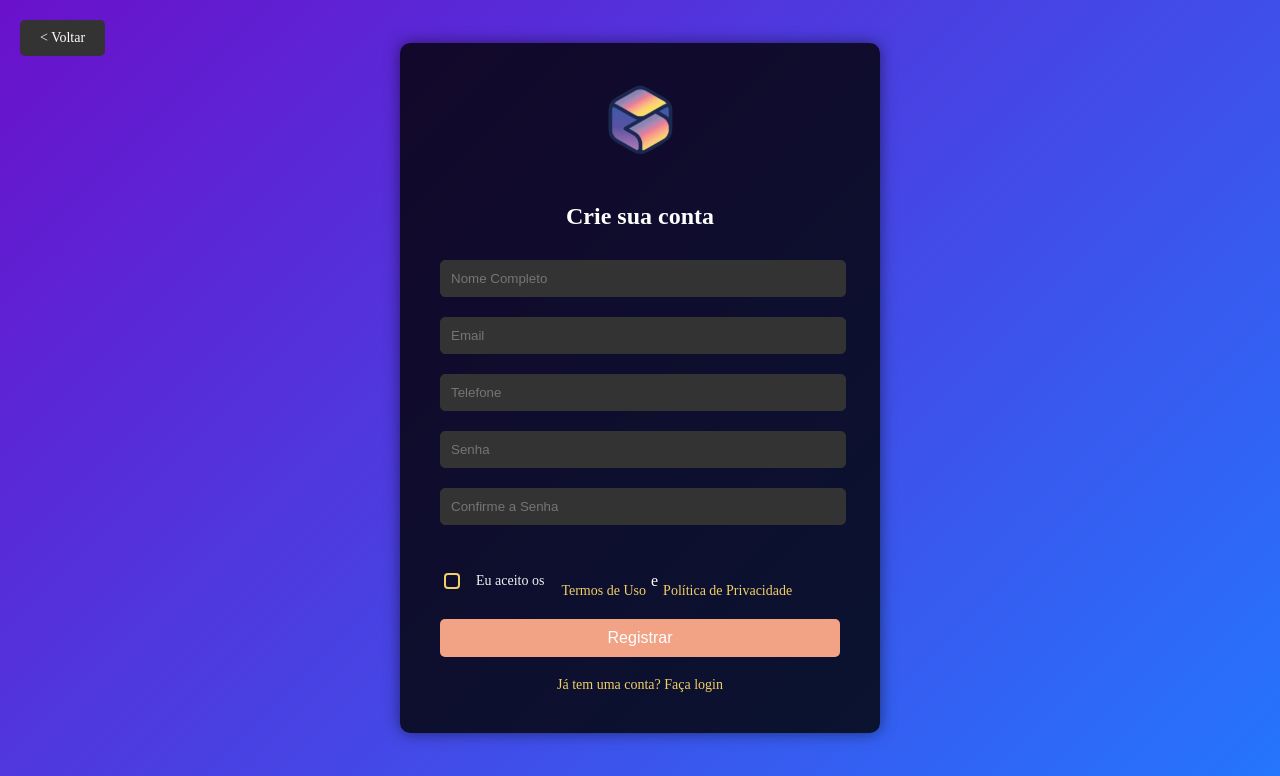
Repository: Gabrielb0rn/0EasyDesk.io
Page: 0Easydesk1/register.html
The author's editor kept a copy of each file at every save. The page is drawn from the files as they stood at one save, then again after the next save.
The browser window is 1280 px wide. The pictures show the whole page.

Above is the page before, as saved 2024-09-16 20:27:21.

After the next save:
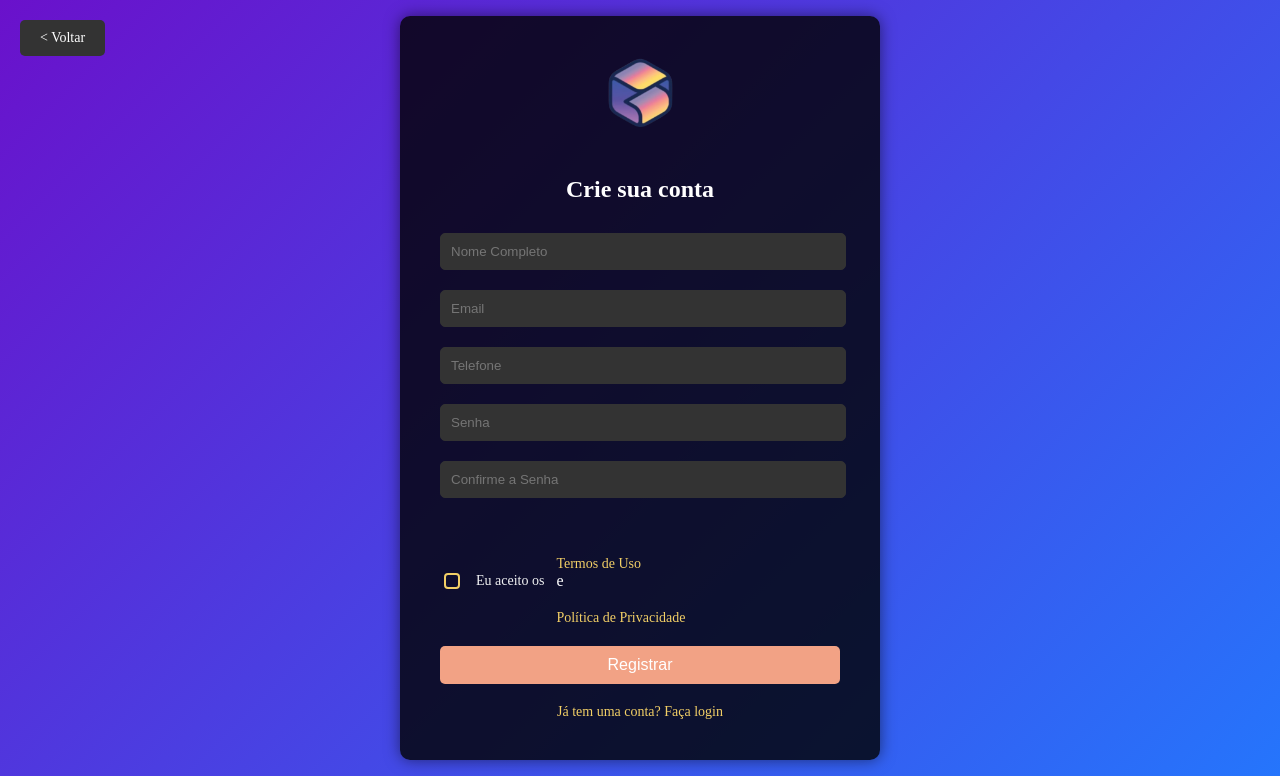
Saved 2 s later.
--- a/0Easydesk1/register.html
+++ b/0Easydesk1/register.html
@@ -24,7 +24,7 @@
                     <input type="checkbox" id="terms" name="terms" required>
                     <label for="terms">Eu aceito os <span class="terms-text"></span></label>
                     <div class="terms-container">
-                        <span></span><a href="TDU.html">Termos de Uso</a><span> e </span><a href="PDP.html">Política de Privacidade</a>
+                        <span><a href="TDU.html">Termos de Uso</a><span> e </span><a href="PDP.html">Política de Privacidade</a>
                     </div>
                 </div>
                 <input type="submit" value="Registrar">

After the 2 saves that followed:
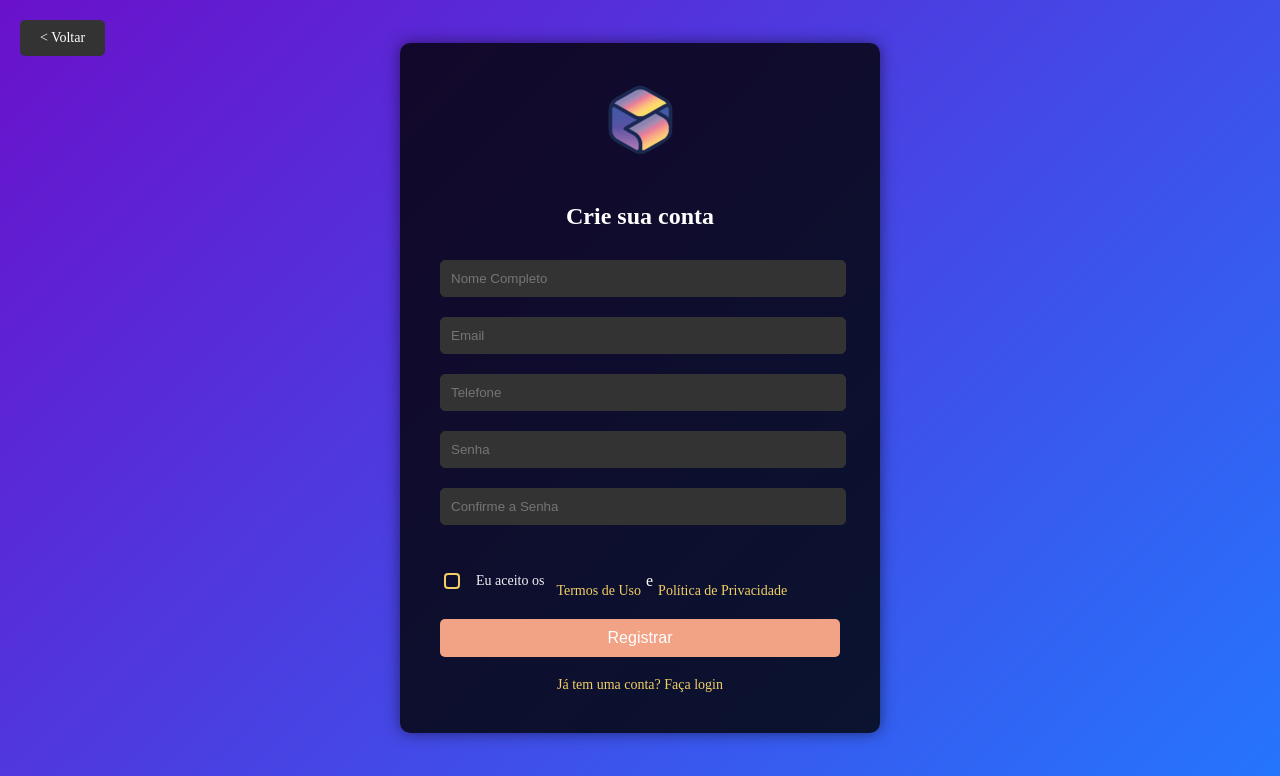
The 2 saves are shown as one change because 1 left the picture as it was.
The last was saved 14 s later.
--- a/0Easydesk1/register.html
+++ b/0Easydesk1/register.html
@@ -24,9 +24,10 @@
                     <input type="checkbox" id="terms" name="terms" required>
                     <label for="terms">Eu aceito os <span class="terms-text"></span></label>
                     <div class="terms-container">
-                        <span><a href="TDU.html">Termos de Uso</a><span> e </span><a href="PDP.html">Política de Privacidade</a>
+                        <a href="TDU.html">Termos de Uso</a><span> e </span><a href="PDP.html">Política de Privacidade</a>
                     </div>
                 </div>
+
                 <input type="submit" value="Registrar">
             </form>
             <a href="login.html">Já tem uma conta? Faça login</a>
